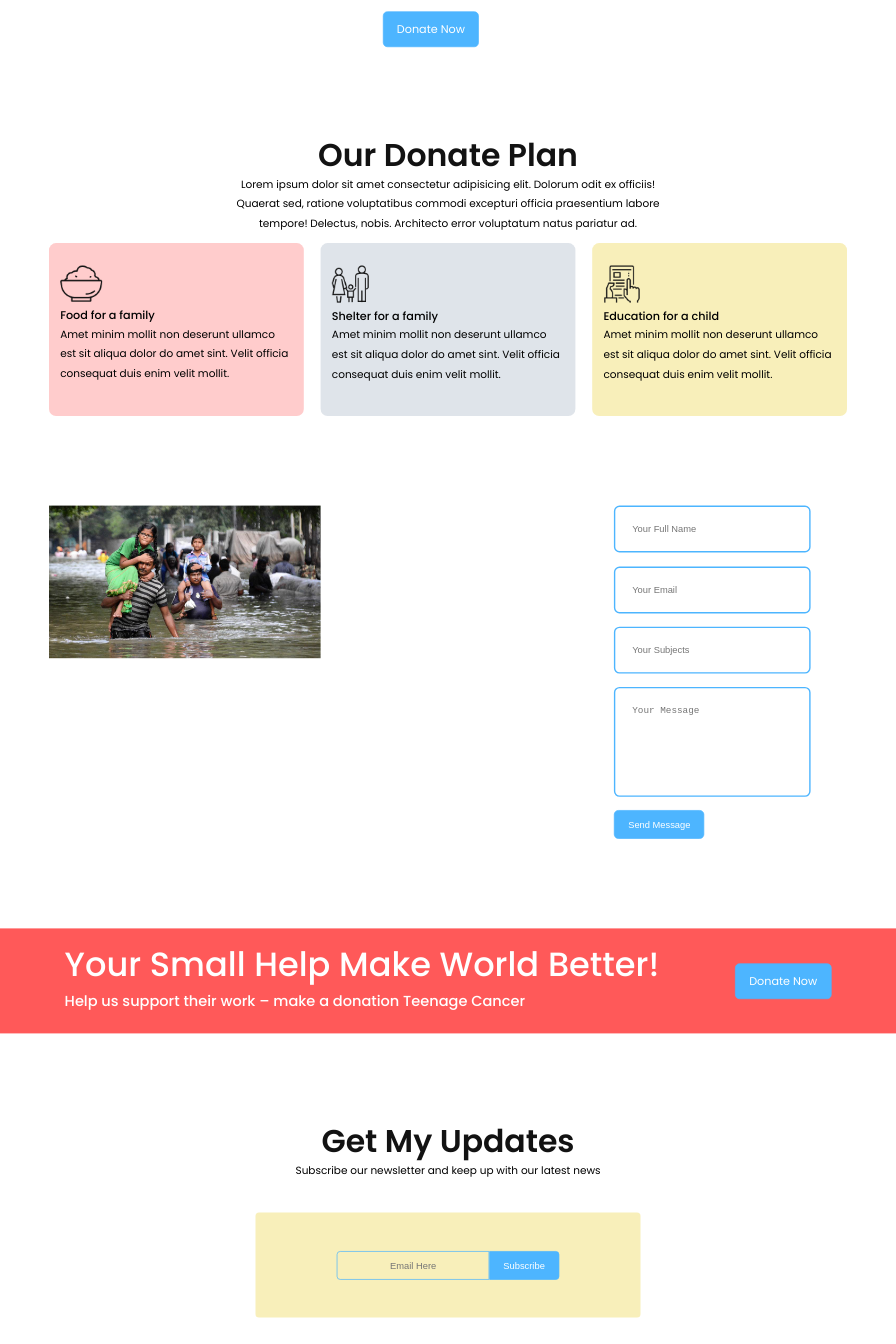
Repository: mdrubel02/donate-website
Page: index.html
The author's editor kept a copy of each file at every save. The page is drawn from the files as they stood at one save, then again after the next save.
The browser window is 1280 px wide. The pictures show the part of the page from y = 1185 to 3105 px (the page is 3373 px tall), at 70% of full size.

Above is the page before, as saved 2022-07-06 21:44:10.

### index.html
<!DOCTYPE html>
<html lang="en">

<head>
    <meta charset="UTF-8">
    <meta http-equiv="X-UA-Compatible" content="IE=edge">
    <meta name="viewport" content="width=device-width, initial-scale=1.0">
    <title>Our Donate Website</title>
    <link rel="stylesheet" href="./index.css">
</head>

<body>
    <!-- banner section -->
    <section class="banner-section">
        <div class="banner-content">
            <h1>Let’s Help Those Who Are More In Need</h1>
            <p>Lorem ipsum dolor sit amet consectetur, adipisicing elit. Asperiores similique
                sapiente nobis, libero nemo saepe</p>
            <a href="" class="btn btn-primary">Donate Now</a>
        </div>
    </section>

    <!-------- Donate Today------->
    <section class="container">
        <div class="donate-section">
            <h2 class="section-title">Donate Today</h2>

            <p class="small-title">Lorem ipsum dolor sit amet consectetur adipisicing elit. Consequatur modi
                consectetur nemo blanditiis, nam velit omnis asperiores corrupti tenetur consequuntur.</p>

            <div class="donate-today">
                <div class="donate-content">
                    <h3>100<span>tk</span> </h3>
                </div>
                <div class="donate-content">
                    <h3>500<span>tk</span> </h3>
                </div>
                <div class="donate-content">
                    <h3>1000<span>tk</span> </h3>
                </div>
                <div class="donate-content">
                    <h3>5000<span>tk</span> </h3>
                </div>
            </div>
            <p>Other Amount <span>(taka)</span></p>
            <hr>
            <a href="" class="btn btn-primary">Donate Now</a>
        </div>
    </section>

    <!---------- donate plan section-------- -->
    <section class="container">
        <div class="section-title">
            <h3 class="title">Our Donate Plan</h3>
            <p class="small-title">Lorem ipsum dolor sit amet consectetur adipisicing elit. Dolorum odit ex officiis!
                Quaerat sed, ratione voluptatibus commodi excepturi officia praesentium labore tempore! Delectus, nobis.
                Architecto error voluptatum natus pariatur ad.</p>
        </div>
        <div class="donate-plan-section">
            <div id="food" class="donate-plan-content">
                <img src="./icons/food.png" alt="">
                <h4>Food for a family</h4>
                <p class="small-title">Amet minim mollit non deserunt ullamco est sit aliqua dolor do amet sint. Velit
                    officia consequat duis enim velit mollit.</p>
            </div>
            <div id="Shelter" class="donate-plan-content">
                <img src="./icons/shelter.png" alt="">
                <h4>Shelter for a family</h4>
                <p class="small-title">Amet minim mollit non deserunt ullamco est sit aliqua dolor do amet sint. Velit
                    officia consequat duis enim velit mollit.</p>
            </div>
            <div id="education" class="donate-plan-content">
                <img src="./icons/Frame-1.png" alt="">
                <h4>Education for a child</h4>
                <p class="small-title">Amet minim mollit non deserunt ullamco est sit aliqua dolor do amet sint. Velit
                    officia consequat duis enim velit mollit.</p>
            </div>
        </div>
    </section>
    <!-- contact section -->
    <section class="container">
        <div class="contact-section">
            <div class="contact-img">
                <img src="./images/donation4.jpg" alt="">
            </div>
            <div class="contact-form">
                <form >
                    <input type="text" name='name' placeholder='Your Full Name' required />
                    <input type="email" name='email' placeholder='Your Email' required/>
                    <input type="text" name='subjects' placeholder='Your Subjects' required/>
                    <textarea name='message' rows="7" placeholder='Your Message' required></textarea>
                    <button type='submit'class='btn btn-primary'>Send Message</button>
                </form>
            </div>
        </div>
    </section>
    <!-- HELP BANNER SECTION -->
    <section class="help-section">
        <div class="help-banner-section">
            <div class="help-banner-left">
                <h1>Your Small Help Make World Better!</h1>
                <h4>Help us support their work – make a donation Teenage Cancer</h4>
            </div>
            <div class="help-banner-right">
                <a class="btn btn-primary" href="">Donate Now</a>
            </div>
        </div>
    </section>

    <!-- Update Section -->
    <section class="container">
        <div class="section-title">
            <h1 class="title">Get My Updates</h1>
            <p class="small-title">Subscribe our newsletter and keep
                up with our latest news</p>
        </div>
        <div class="update-section">
            <div class="update-content">
                <input class="email-input" type="email" placeholder="Email Here">
                <input class="submit-input" type="submit" value="Subscribe">
            </div>
        </div>
    </section>

    <!------- Footer Section---- -->
    <footer>
        <h1>Be Humble</h1>
        <small>&copy; I’m gonna do it</small>
    </footer>
</body>

</html>

### index.css
/* =====GOOGLE FONTS====== */
@import url('https://fonts.googleapis.com/css2?family=Poppins:wght@300;400;500;600&display=swap');

/* =====COMMON STYLES====== */
* {
    margin: 0;
    padding: 0;
    border: 0;
    outline: 0;
    list-style: none;
    text-decoration: none;
}

body {
    font-family: 'Poppins', sans-serif;
}

h1,
h2,
h3,
h4,
h5,
h6 {
    font-weight: 500;
}

.container {
    max-width: 1200px;
    margin: 0 auto;
    padding: 0 30px;
    margin-top: 10%;
    margin-bottom: 10%;
    box-sizing: border-box;
}

a {
    color: #fff;
    transition: all 400ms ease;
}

a:hover {
    color: #fff;
}

.btn {
    text-align: center;
    width: max-content;
    display: inline-block;
    color: #fff;
    padding: 0.75rem 1.2rem;
    border-radius: 0.4rem;
    border: 1px solid #4db5ff;
    transition: all 400ms ease;
}

.btn:hover {
    background: #fff;
    color: #4db5ff;
    border: 1px solid #4db5ff;
}

.btn-primary {
    background: #4db5ff;
    color: #fff;
}

.section-title {
    text-align: center;
    padding: 0 250px;
}
.title{
    color: #121212;
    font-weight: 700;
    font-size: 45px;
    line-height: 54px;
    text-align: center;
}
.small-title {
    font-family: 'Poppins';
    font-style: normal;
    font-weight: 400;
    font-size: 15px;
    line-height: 28px;
    ;
    margin-bottom: .9rem;
}

hr {
    border: 1px solid #DADADA;
    margin-bottom: 1.3rem;
}
/* ========BANNER SECTION STYLE======== */

.banner-section {
    background-image: url(./images/donation0.jpg);
    background-repeat: no-repeat;
    background-size: cover;
    background-position: center center;
    height: 100vh;
    width: 100%;
    position: relative;
    z-index: 1;
    display: flex;
    flex-direction: column;
    justify-content: center;
    align-items: center;
    text-align: center;
}

.banner-section:after {
    content: "";
    position: absolute;
    top: 0;
    left: 0;
    width: 100%;
    height: 100%;
    background: linear-gradient(360deg, #121212 0%, rgba(18, 18, 18, 0) 100%);
    opacity: .7;
    z-index: -5;
}

.banner-content {
    width: 50%;
}

.banner-content h1 {
    font-size: 3rem;
    color: #fff;
}

.banner-content p {
    margin-bottom: 5px;
    color: #fff;
}

/*=========== Donate section style========= */
.donate-today {
    display: flex;
    gap: 1.5rem;
    justify-content: space-around;

}

.donate-content {
    width: 135px;
    height: 123px;
    background: #FAFAFA;
    border-radius: 5px;
    font-size: 30px;
    font-weight: 700;
    line-height: 36px;
    display: flex;
    justify-content: center;
    align-items: center;
    margin: 1.2rem 0;
    transition: all 400ms ease;
}

.donate-content:hover {
    border: 2px solid #FF5959;
    border-radius: 5px;
    color: #FF5959;
}

.donate-section {
    width: 691px;
    margin-left: 200px;
    text-align: center;
}

.donate-section p {
    text-align: center;
}

.donate-section p {
    font-weight: 400;
    font-size: 18px;
    line-height: 28px;
    color: #B3B3B3;
    text-align: center;
    margin-bottom: .7rem;
}

/*========donate plan section======= */

.donate-plan-section {
    display: flex;
    gap: 1.5rem;
}

#Shelter {
    background: #dfe4ea;
}

#food {
    background-color: #ffcccc;
}

#education {
    background-color: #F8EFBA;
}

.donate-plan-content {
    overflow: hidden;
    padding: 2rem 1rem;
    border-radius: 10px;
}
/* ========CONTACT  STYLE======== */
.contact-section{
    display: flex;
    gap: 2rem;
}
.contact-img{
    width: 68%;
}
.contact-img img{
    width: 50%;
    display: block;
    object-fit: contain;
}
form{
    display: flex;
    flex-direction: column;
    gap: 1.2rem;
}
input, textarea{
    width: 100%;
    padding: 1.5rem;
    border-radius: 0.5rem;
    background: transparent;
    border: 2px solid  #4db5ff;
    resize: none;
    color: var(--color-white);
}
/* ========HELP BANNER  STYLE======== */
.help-section{
    height: 150px;
    background-color: #FF5959;
}
.help-banner-section{
    display: flex;
    gap: 1rem;
    justify-content: space-evenly;
    align-items: center;
}
.help-banner-left{
    margin-top: 1rem;
}
.help-banner-left h1{
    font-size: 3rem;
    color: #fff;
}
.help-banner-left{
    font-size: 1.3rem;
    color: #fff;
}
.help-banner-right {
   margin-top: 2rem;
}
/*=======update subscribe style=======*/
.update-section {
    display: flex;
    justify-content: center;
    align-items: center;
}
.update-section p{
    text-align: center;
    width: 400px;
}
.update-content {
    display: flex;
    justify-content: center;
    align-items: center;
    width: 550px;
    height: 150px;
    background-color: #F8EFBA;
    border-radius: 5px;
    margin-top: 2rem;
}

.email-input {
    text-align: center;
    width: max-content;
    display: inline-block;
    color: #4db5ff;
    padding: 0.75rem 1.2rem;
    border-radius: 5px 0 0 5px;
    border: 1px solid #4db5ff;
}

.submit-input {
    text-align: center;
    width: max-content;
    display: inline-block;
    color: #fff;
    padding: 0.75rem 1.2rem;
    border-radius: 0 5px 5px 0;
    border: 1px solid #4db5ff;
    background-color: #4db5ff;
}

/*=======footer style=======*/
footer {
    background-color: #0B0D17;
    height: 177px;
    display: flex;
    flex-direction: column;
    justify-content: center;
    align-items: center;
}

footer h1 {
    color: #fff;
    font-size: 36px;
    line-height: 44px;
}

footer small {
    color: #fff;
}

After the next save:
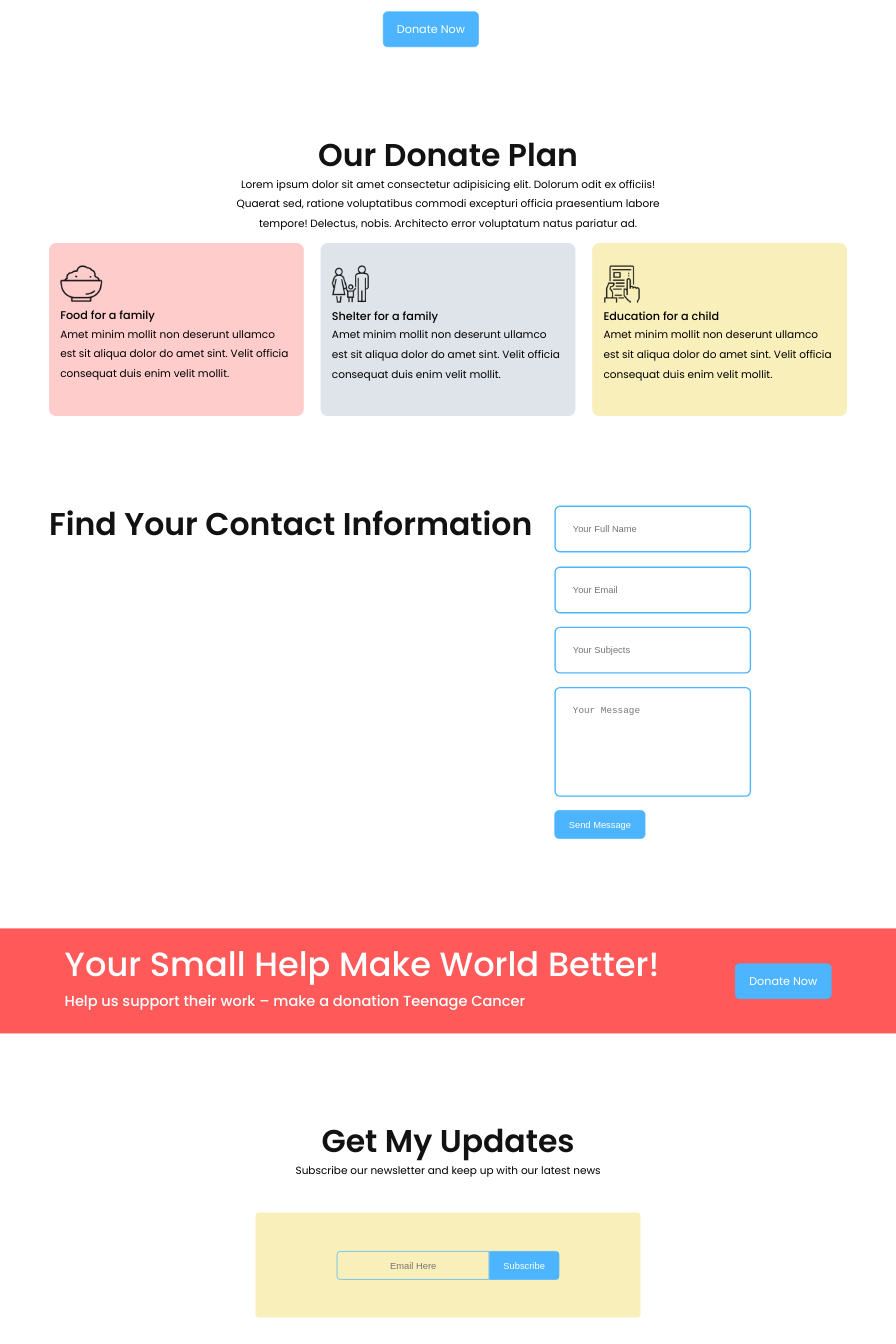
Saved 4 min 49 s later.
--- a/index.html
+++ b/index.html
@@ -80,8 +80,10 @@
     <!-- contact section -->
     <section class="container">
         <div class="contact-section">
-            <div class="contact-img">
-                <img src="./images/donation4.jpg" alt="">
+            <div class="contact-info">
+                <article class="contact-detils">
+                    <h1 class="title">Find Your Contact Information</h1>
+                </article>
             </div>
             <div class="contact-form">
                 <form >
